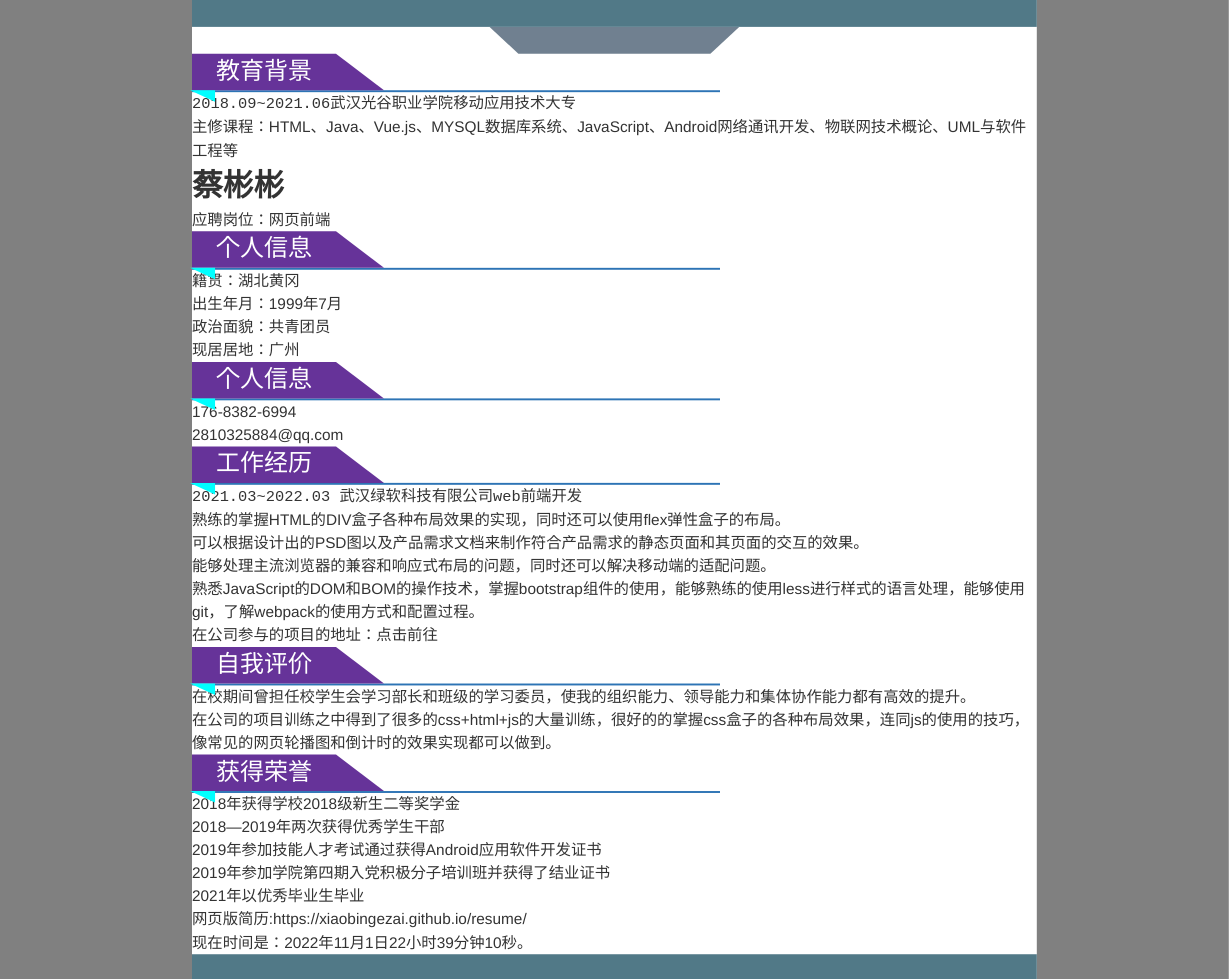
Repository: xiaobingezai/resume
Page: index.html
An editor plug-in stored every save of this project. The page is shown before and after the next save, followed by the edit.
The browser window is 1280 px wide. The pictures show the whole page, at 96% of full size.

Above is the page before, as saved 2022-11-02 22:41:40.

### index.html
<!DOCTYPE html>
<html lang="en">

<head>
    <meta charset="UTF-8">
    <meta http-equiv="X-UA-Compatible" content="IE=edge">
    <meta name="viewport" content="width=device-width, initial-scale=1.0">
    <title>Document</title>
    <link rel="stylesheet" href="css/index.css">
</head>

<body>
    <div class="wrapper" id="zhengTi">
        <div class="tiXing1"></div>
        <div id="head">
            <div class="jiaoYuBeiJing">
                <div class="zhuangShiTuPian"><samp>教育背景</samp></div>
                <div class="samp1">
                    <samp>2018.09~2021.06</samp><samp>武汉光谷职业学院</samp><samp>移动应用技术</samp><samp>大专</samp>
                </div>
                <p>主修课程：HTML、Java、Vue.js、MYSQL数据库系统、JavaScript、Android网络通讯开发、物联网技术概论、UML与软件工程等</p>
            </div>
            <div id="content" class="clearfix">
                <div class="gongZuoJingLi1">
                    <div class="first">
                        <h1>蔡彬彬</h1>
                        <p>应聘岗位：网页前端</p>
                    </div>
                    <div class="second">
                        <div class="zhuangShiTuPian"><samp>个人信息</samp></div>
                        <ul class="ul1">
                            <li>籍贯：湖北黄冈</li>
                            <li>出生年月：1999年7月</li>
                            <li>政治面貌：共青团员</li>
                            <li>现居居地：广州</li>
                        </ul>
                    </div>
                    <div class="third">
                        <div class="zhuangShiTuPian"><samp>个人信息</samp></div>
                        <ul class="ul2">
                            <li>176-8382-6994</li>
                            <li>2810325884@qq.com</li>
                        </ul>
                    </div>
                </div>
                <div class="gongZuoJingLi">
                    <div class="zhuangShiTuPian"><samp>工作经历</samp></div>

                    <ul class="gongZuoJingLi2">
                        <div class="gongZuo">
                            <samp>2021.03~2022.03 </samp><samp>武汉绿软科技有限公司</samp><samp>web前端开发</samp>
                        </div>
                        <li>熟练的掌握HTML的DIV盒子各种布局效果的实现，同时还可以使用flex弹性盒子的布局。</li>
                        <li>可以根据设计出的PSD图以及产品需求文档来制作符合产品需求的静态页面和其页面的交互的效果。</li>
                        <li>能够处理主流浏览器的兼容和响应式布局的问题，同时还可以解决移动端的适配问题。</li>
                        <li>熟悉JavaScript的DOM和BOM的操作技术，掌握bootstrap组件的使用，能够熟练的使用less进行样式的语言处理，能够使用git，了解webpack的使用方式和配置过程。</li>
                        <li>在公司参与的项目的地址：<a href="http://www.downyi.com/" target="blank">点击前往</a></li>
                    </ul>
                </div>
            </div>
            <div id="tail" class="clearfix">
                <div class="diBu1">
                    <div class="zhuangShiTuPian"><samp>自我评价</samp></div>
                    <ul>
                        <li>在校期间曾担任校学生会学习部长和班级的学习委员，使我的组织能力、领导能力和集体协作能力都有高效的提升。</li>
                        <li>在公司的项目训练之中得到了很多的css+html+js的大量训练，很好的的掌握css盒子的各种布局效果，连同js的使用的技巧，像常见的网页轮播图和倒计时的效果实现都可以做到。</li>
                    </ul>
                </div>
                <div class="diBu2">
                    <div class="zhuangShiTuPian"><samp>获得荣誉</samp></div>
                    <ul>
                        <li>2018年获得学校2018级新生二等奖学金</li>
                        <li>2018—2019年两次获得优秀学生干部</li>
                        <li>2019年参加技能人才考试通过获得Android应用软件开发证书</li>
                        <li>2019年参加学院第四期入党积极分子培训班并获得了结业证书</li>
                        <li>2021年以优秀毕业生毕业</li>
                    </ul>
                </div>
                <div id="jianLi">
                    <p >网页版简历:<a href="https://xiaobingezai.github.io/resume/" target="blank">https://xiaobingezai.github.io/resume/</a></p>
                    <div class="daoJiShi"></div>
                </div>
            </div>
        </div>
        <!-- 底部 -->
        <div class="tiXing2"></div>
    </div>
    <script src="./js/index.js"></script>
</body>

</html>

### css/index.css
/* 清除默认样式的代码 */
/* 去除常见标签默认的 margin 和 padding */
body,
h1,
h2,
h3,
h4,
h5,
h6,
p,
ul,
ol,
li,
dl,
dt,
dd,
input {
    margin: 0;
    padding: 0;
}

/* 內减模式 */
* {
    box-sizing: border-box;
}

/* 设置网页统一的字体大小、行高、字体系列相关属性 */
body {
    font: 16px/1.5 "Helvetica Neue", Helvetica, Arial, "Microsoft Yahei",
        "Hiragino Sans GB", "Heiti SC", "WenQuanYi Micro Hei", sans-serif;
    color: #333;
}

/* 去除列表默认样式 */
ul,
ol {
    list-style: none;
}

/* 去除默认的倾斜效果 */
em,
i {
    font-style: normal;
}

/* 去除a标签默认下划线，并设置默认文字颜色 */
a {
    text-decoration: none;
    color: #333;
}

/* 设置img的垂直对齐方式为居中对齐，去除img默认下间隙 */
img {
    vertical-align: middle;
}

/* 去除input默认样式 */
input {
    border: none;
    outline: none;
    color: #333;
}

/* 左浮动 */
.fl {
    float: left;
}

/* 右浮动 */
.fr {
    float: right;
}

/* 双伪元素清除法 */
.clearfix::before,
.clearfix::after {
    content: "";
    display: table;
}

.clearfix::after {
    clear: both;
}

/* 版心居中 */
.wrapper {
    width: 880px;
    margin: 0 auto;
}

body{
    background-color: rgba(128, 128,128);
}
/* 装饰横条背景 */
.zhuangShiTuPian {
    position: relative;
    text-align: center;
    line-height: 40px;
    font-size: 25px;
    color: #fff;
    width: 550px;
    height: 40px;
    border-bottom: 2px solid #2d74b5;
}
.zhuangShiTuPian::after {
    content: '';
    position: absolute;
    left: -2px;

    width: 0;
    height: 0;
    border-width: 0 26px 12px 0;
    border-style: solid;
    border-color: transparent aqua;
}
.zhuangShiTuPian samp {
    display: block;
    width: 200px;
    height: 0;
    border-bottom: 38px solid rebeccapurple;
    border-right: 50px solid transparent;
}

/* 最外层的盒子的样式设置 */
#zhengTi {
    background-color: #fff;
    border-top: 28px solid #517987 ;
    border-bottom: 28px solid #517987 ;
}
#zhengTi .tiXing1 {
    width: 260px;
    height: 0;
    margin: 0 auto;
    border-top: 28px solid #708090;
    border-left: 30px solid transparent;
    border-right: 30px solid transparent;
}

/* head的区域 */
#zhengTi .head {
    padding-left: 30px;
}

### js/index.js
let daoJiShi = document.querySelector('.daoJiShi');
            shiJian();
            function shiJian() {
                let time = new Date();
                let nian = time.getFullYear();
                let yue = time.getMonth();
                let ri = time.getDate();
                let h = time.getHours();
                let m = time.getMinutes();
                let s = time.getSeconds();
                let dangQianShiJian = '现在时间是：' + +nian + '年' + (yue + 1) + '月' + ri + '日' + h + '小时' + m + '分钟' + s + '秒' +
                    '。';
                daoJiShi.innerHTML = dangQianShiJian;
            }
            setInterval('shiJian()', 1000);

After the next save:
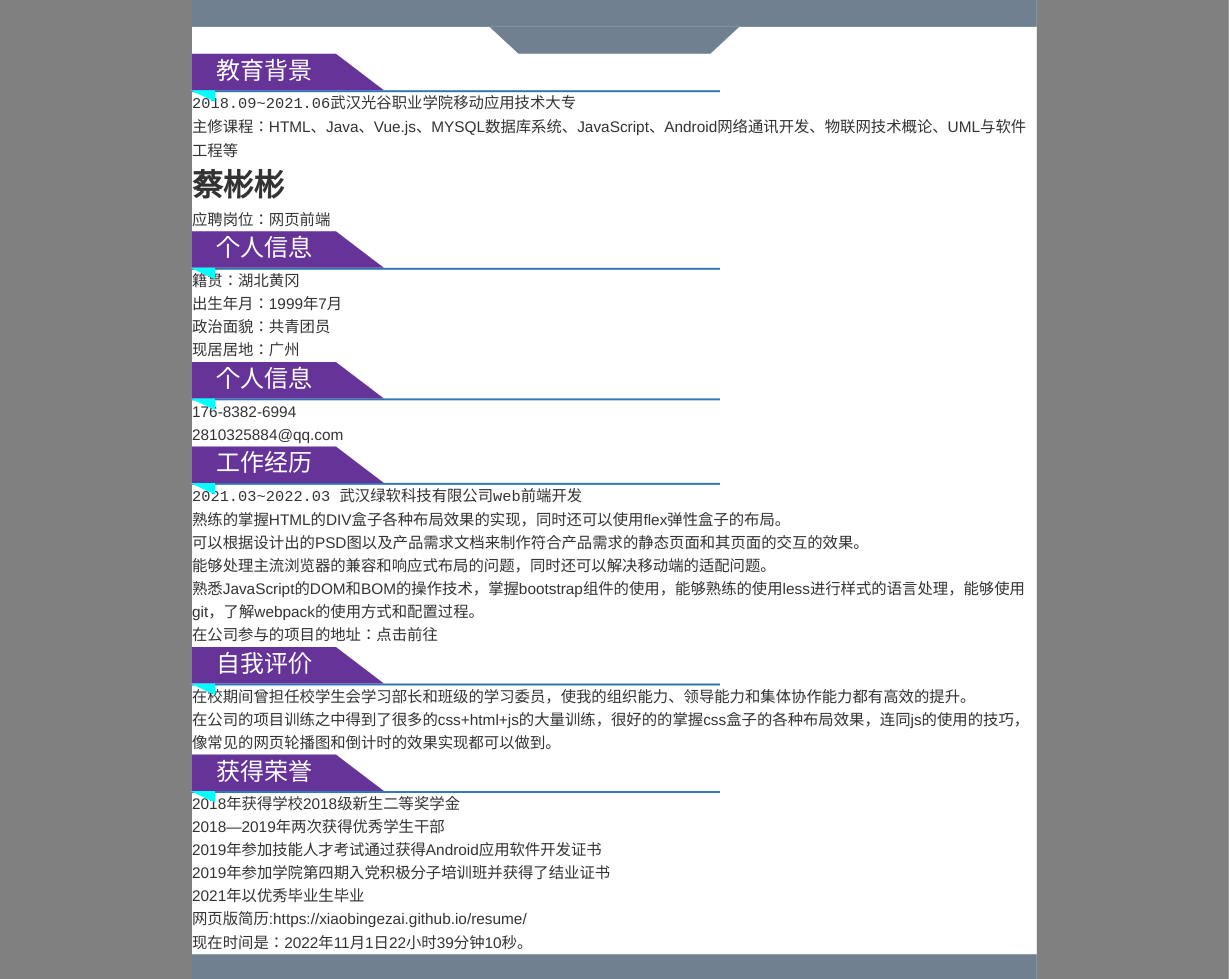
Saved 15 s later.
--- a/css/index.css
+++ b/css/index.css
@@ -124,8 +124,8 @@ body{
 /* 最外层的盒子的样式设置 */
 #zhengTi {
     background-color: #fff;
-    border-top: 28px solid #517987 ;
-    border-bottom: 28px solid #517987 ;
+    border-top: 28px solid #708090 ;
+    border-bottom: 28px solid #708090 ;
 }
 #zhengTi .tiXing1 {
     width: 260px;
